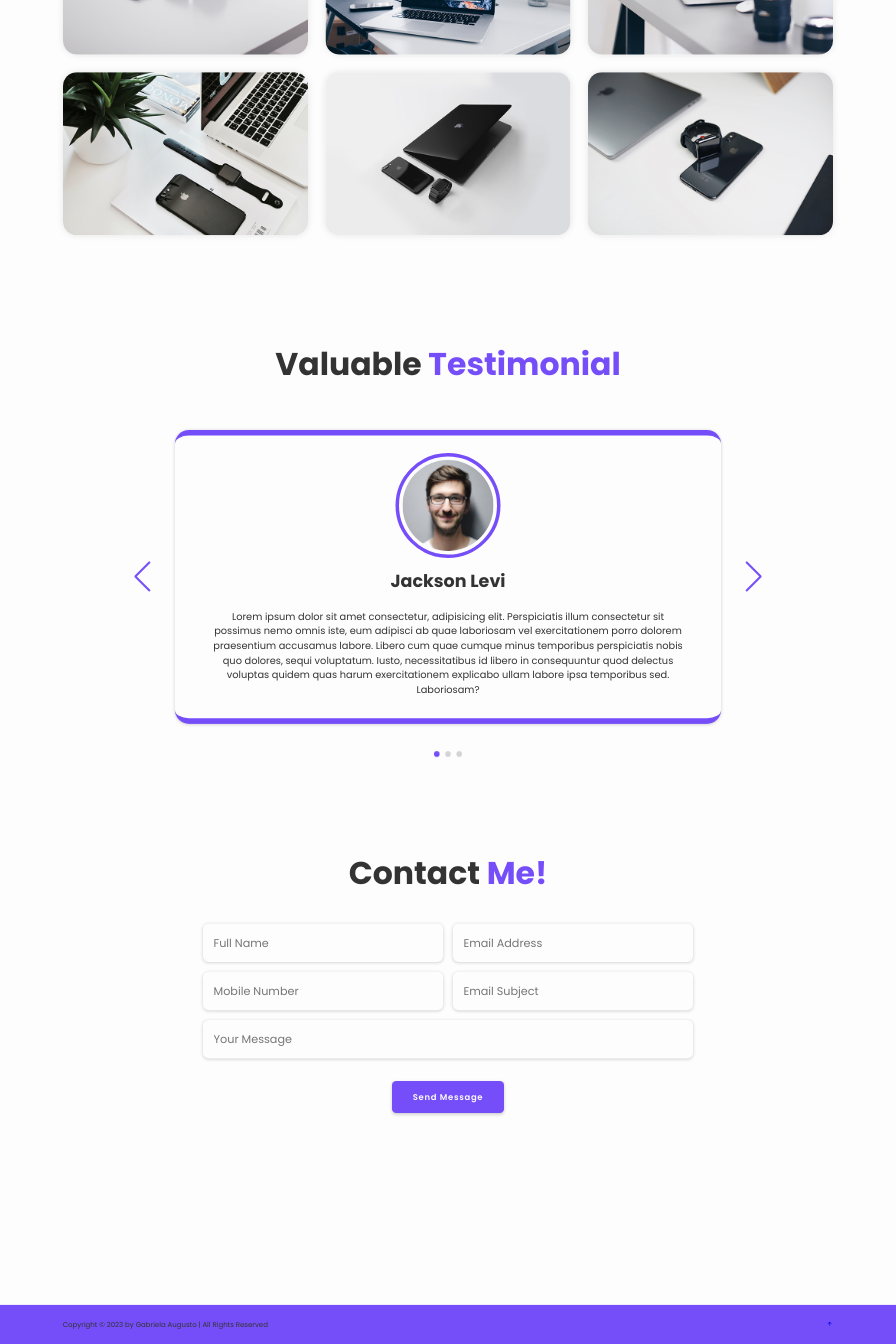
Repository: Gabi-Augusto/Portfolio
Page: index.html
These files come from the project's save history. The page is drawn as it stood at one moment and after the next save; the edit follows.
The browser window is 1280 px wide. The pictures show the part of the page from y = 2473 to 4393 px (the page is 4393 px tall), at 70% of full size.

Above is the page before, as saved 2023-11-29 21:13:44.

### index.html
<!DOCTYPE html>
<html lang="en">

<head>
    <meta charset="UTF-8">
    <meta http-equiv="X-UA-Compatible" content="IE=edge">
    <meta name="viewport" content="width=device-width, initial-scale=1.0">
    <title>Portfolio Website Design | Gabriela Augusto</title>

    <!-- swiper css -->
    <link rel="stylesheet" href="https://cdn.jsdelivr.net/npm/swiper@9/swiper-bundle.min.css" />

    <!-- box icons -->
    <link href='https://unpkg.com/boxicons@2.1.4/css/boxicons.min.css' rel='stylesheet'>

    <!-- custom css -->
    <link rel="stylesheet" href="css/style.css">
</head>

<body>

    <!-- header design -->
    <header class="header">
        <a href="#" class="logo">Portfolio.</a>

        <nav class="navbar">
            <a href="#home" class="active">Home</a>
            <a href="#about">About</a>
            <a href="#services">Services</a>
            <a href="#portfolio">Portfolio</a>
            <a href="#contact">Contact</a>
        </nav>

        <div class="bx bx-moon" id="darkMode-icon"></div>
    </header>

    <!-- home section design -->
    <section class="home" id="home">
        <div class="home-content">
            <h3>Hello, I am</h3>
            <h1>Gabriela Augusto</h1>
            <p>Lorem ipsum, dolor sit amet consectetur adipisicing elit. Veritatis sequi amet numquam sunt eius quae deleniti dolore voluptatum.</p>

            <div class="social-media">
                <a href="#"><i class='bx bxl-instagram-alt'></i></a>
                <a href="#"><i class='bx bxl-linkedin' ></i></a>
                <a href="#"><i class='bx bxl-github' ></i></a>
            </div>

            <a href="#" class="btn">Download CV</a>
        </div>

        <div class="profession-container">
            <div class="profession-box">
                <div class="profession" style="--i:0;">
                    <i class='bx bx-cloud'></i>
                    <h3>Salesforce Developer</h3>
                </div>
                <div class="profession" style="--i:1;">
                    <i class='bx bx-bulb'></i>
                    <h3>Business Analyst</h3>
                </div>
                <div class="profession" style="--i:2;">
                    <i class='bx bx-palette'></i>
                    <h3>Web Designer</h3>
                </div>
                <div class="profession" style="--i:3;">
                    <i class='bx bx-code-alt' ></i>
                    <h3>FullStack Developer</h3>
                </div>
                <div class="circle"></div>
            </div>
            <div class="overlay"></div>
        </div>
        <div class="home-img">
            <img src="imagens/home.png" alt="">
        </div>
    </section>

    <!-- about section design -->

    <section class="about" id="about">
        <div class="about-img">
            <img src="imagens/about.png" alt="">
        </div>

        <div class="about-content">
            <h2 class="heading">About <span>Me</span></h2>
            <h3>Hi, I'm Here To Help Your Next Project!</h3>
            <p>Lorem ipsum dolor sit, amet consectetur adipisicing elit. Consequatur laudantium reiciendis voluptates maxime optio cumque accusantium sunt temporibus cupiditate! Sed mollitia id doloribus nesciunt odit harum, praesentium aliquid. Soluta, harum est eveniet quos provident veritatis eaque ullam voluptate laudantium deleniti?</p>
            <a href="#" class="btn">Read More</a>
        </div>
    </section>

    <!-- services section design -->

    <section class="services" id="services">
        <h2 class="heading">My <span>Services</span></h2>

        <div class="services-container">
            <div class="services-box">
                <i class='bx bx-code-alt' ></i>
                <h3>Salesforce Development</h3>
                <p>Lorem ipsum dolor sit amet consectetur adipisicing elit. Corrupti quidem blanditiis error dignissimos. Quos eligendi totam quod nesciunt modi harum incidunt accusamus.</p>
                <a href="#" class="btn">Read More</a>
            </div>
            <div class="services-box">
                <i class='bx bxs-paint'></i>
                <h3>Graphic Design</h3>
                <p>Lorem ipsum dolor sit amet consectetur adipisicing elit. Corrupti quidem blanditiis error dignissimos. Quos eligendi totam quod nesciunt modi harum incidunt accusamus.</p>
                <a href="#" class="btn">Read More</a>
            </div>
            <div class="services-box">
                <i class='bx bx-bar-chart-alt'></i>
                <h3>Digital Marketing</h3>
                <p>Lorem ipsum dolor sit amet consectetur adipisicing elit. Corrupti quidem blanditiis error dignissimos. Quos eligendi totam quod nesciunt modi harum incidunt accusamus.</p>
                <a href="#" class="btn">Read More</a>
            </div>
        </div>
    </section>

    <!-- portfolio section design -->

    <section class="portfolio" id="portfolio">
        <h2 class="heading">Latest <span>Project</span></h2>

        <div class="portfolio-container">
            <div class="portfolio-box">
                <img src="imagens/portfolio1.jpg" alt="">

                <div class="portfolio-layer">
                    <h4>Web Desing</h4>
                    <p>Lorem ipsum dolor sit amet consectetur adipisicing elit. Asperiores, ut possimus!</p>
                    <a href="#"><i class='bx bx-link-external' ></i></a>
                </div>
            </div>

            <div class="portfolio-box">
                <img src="imagens/portfolio2.jpg" alt="">

                <div class="portfolio-layer">
                    <h4>Web Desing</h4>
                    <p>Lorem ipsum dolor sit amet consectetur adipisicing elit. Asperiores, ut possimus!</p>
                    <a href="#"><i class='bx bx-link-external' ></i></a>
                </div>
            </div>

            <div class="portfolio-box">
                <img src="imagens/portfolio3.jpg" alt="">

                <div class="portfolio-layer">
                    <h4>Web Desing</h4>
                    <p>Lorem ipsum dolor sit amet consectetur adipisicing elit. Asperiores, ut possimus!</p>
                    <a href="#"><i class='bx bx-link-external' ></i></a>
                </div>
            </div>

            <div class="portfolio-box">
                <img src="imagens/portfolio4.jpg" alt="">

                <div class="portfolio-layer">
                    <h4>Web Desing</h4>
                    <p>Lorem ipsum dolor sit amet consectetur adipisicing elit. Asperiores, ut possimus!</p>
                    <a href="#"><i class='bx bx-link-external' ></i></a>
                </div>
            </div>

            <div class="portfolio-box">
                <img src="imagens/portfolio5.jpg" alt="">

                <div class="portfolio-layer">
                    <h4>Web Desing</h4>
                    <p>Lorem ipsum dolor sit amet consectetur adipisicing elit. Asperiores, ut possimus!</p>
                    <a href="#"><i class='bx bx-link-external' ></i></a>
                </div>
            </div>

            <div class="portfolio-box">
                <img src="imagens/portfolio6.jpg" alt="">

                <div class="portfolio-layer">
                    <h4>Web Desing</h4>
                    <p>Lorem ipsum dolor sit amet consectetur adipisicing elit. Asperiores, ut possimus!</p>
                    <a href="#"><i class='bx bx-link-external' ></i></a>
                </div>
            </div>

        </div>
    </section>

    <!-- testimonial design -->

    <div class="testimonial-container">
        <h2 class="heading">Valuable <span>Testimonial</span></h2>

        <div class="testimonial-wrapper">
            <div class="testimonial-box mySwiper">
                <div class="testimonial-content swiper-wrapper">
                    <div class="testimonial-slide swiper-slide">
                        <img src="imagens/testimonial1.jpg" alt="">
                        <h3>Jackson Levi</h3>
                        <p>Lorem ipsum dolor sit amet consectetur, adipisicing elit. Perspiciatis illum consectetur sit possimus nemo omnis iste, eum adipisci ab quae laboriosam vel exercitationem porro dolorem praesentium accusamus labore. Libero cum quae cumque minus temporibus perspiciatis nobis quo dolores, sequi voluptatum. Iusto, necessitatibus id libero in consequuntur quod delectus voluptas quidem quas harum exercitationem explicabo ullam labore ipsa temporibus sed. Laboriosam?</p>
                    </div>

                    <div class="testimonial-slide swiper-slide">
                        <img src="imagens/testimonial2.jpg" alt="">
                        <h3>Flora Ocean</h3>
                        <p>Lorem ipsum dolor sit amet consectetur, adipisicing elit. Perspiciatis illum consectetur sit possimus nemo omnis iste, eum adipisci ab quae laboriosam vel exercitationem porro dolorem praesentium accusamus labore. Libero cum quae cumque minus temporibus perspiciatis nobis quo dolores, sequi voluptatum. Iusto, necessitatibus id libero in consequuntur quod delectus voluptas quidem quas harum exercitationem explicabo ullam labore ipsa temporibus sed. Laboriosam?</p>
                    </div>

                    <div class="testimonial-slide swiper-slide">
                        <img src="imagens/testimonial3.jpg" alt="">
                        <h3>Julian Grayson</h3>
                        <p>Lorem ipsum dolor sit amet consectetur, adipisicing elit. Perspiciatis illum consectetur sit possimus nemo omnis iste, eum adipisci ab quae laboriosam vel exercitationem porro dolorem praesentium accusamus labore. Libero cum quae cumque minus temporibus perspiciatis nobis quo dolores, sequi voluptatum. Iusto, necessitatibus id libero in consequuntur quod delectus voluptas quidem quas harum exercitationem explicabo ullam labore ipsa temporibus sed. Laboriosam?</p>
                    </div>
                </div>

                <div class="swiper-button-next"></div>
                <div class="swiper-button-prev"></div>
                <div class="swiper-pagination"></div>

            </div>
        </div>
    </div>

    <!-- contact section design -->

    <section class="contact" id="contact">
        <h2 class="heading">Contact <span>Me!</span></h2>

        <form action="#">

            <div class="input-box">
                <input type="text" placeholder="Full Name">
                <input type="email" placeholder="Email Address">
            </div>

            <div class="input-box">
                <input type="number" placeholder="Mobile Number">
                <input type="text" placeholder="Email Subject">
            </div>
            <textarea name="" id="" cols="30" rows="1" placeholder="Your Message"></textarea>
            <input type="submit" value="Send Message" class="btn">
        </form>
    </section>

    <!-- footer design -->

    <footer class="footer">
        <div class="footer-text">
            <p>Copyright &copy; 2023 by Gabriela Augusto | All Rights Reserved</p>
        </div>

        <div class="footer-iconTop">
            <a href="#home"><i class='bx bx-up-arrow-alt' ></i></a>
        </div>
    </footer>


    <!-- scroll reveal -->
    <script src="https://unpkg.com/scrollreveal"></script>

    <!-- swiper js -->
    <script src="https://cdn.jsdelivr.net/npm/swiper@9/swiper-bundle.min.js"></script>

    <!-- custom js -->
    <script src="js/script.js"></script>
</body>

</html>

### css/style.css
@import url('https://fonts.googleapis.com/css2?family=Poppins:wght@300;400;500;600;700;800;900&display=swap');

* {
    margin: 0;
    padding: 0;
    box-sizing: border-box;
    text-decoration: none;
    border: none;
    outline: none;
    scroll-behavior: smooth;
    font-family: 'Poppins', sans-serif;
}

:root {
    --bg-color: #fdfdfd;
    --text-color: #333;
    --main-color: #754ef9;
    --white-color: #fdfdfd;
    --shadow-color: rgba(0, 0, 0, .2);
}

html {
    font-size: 62.5%;
    overflow-x: hidden;
}

body {
    background: var(--bg-color);
    color: var(--text-color);
}

.header {
    position: fixed;
    top: 0;
    left: 0;
    width: 100%;
    padding: 2rem 7%;
    background: transparent;
    display: flex;
    align-items: center;
    z-index: 100;
    transition: .5s;
}

.header.sticky {
    background: var(--bg-color);
    box-shadow: 0 .1rem 1rem var(--shadow-color);
}

.logo {
    font-size: 2.5rem;
    color: var(--main-color);
    font-weight: 600;
    cursor: default;
    margin-right: auto;
}

.navbar a {
    position: relative;
    font-size: 1.7rem;
    color: var(--white-color);
    font-weight: 500;
    margin-right: 3.5rem;
}

.header.sticky .navbar a {
    color: var(--text-color);
}

.header.sticky .navbar a.active {
    color: var(--main-color);
}

.navbar a.active::before{
    content: '';
    position: absolute;
    left: 0;
    bottom: -6px;
    width: 100%;
    height: .2rem;
    background: var(--white-color);
}

.header.sticky .navbar a::before {
    background: var(--main-color);
    opacity: .7;
}

#darkMode-icon {
    font-size: 2.4rem;
    color: var(--white-color);
    cursor: pointer;
}

.header.sticky #darkMode-icon{
    color: var(--text-color);
    opacity: .9;
}

section {
    min-height: 100vh;
    padding: 7rem 7% 2rem;
}

.home {
    display: flex;
    align-items: center;
}

.home .home-content {
    max-width: 44rem;
}

.home-content h3 {
    font-size: 3.2rem;
    font-weight: 700;
    line-height: .3;
}

.home-content h1 {
    font-size: 4.8rem;
    font-weight: 700;
    margin-bottom: .3rem;
}

.home-content p {
    font-size: 1.6rem;
}

.home-content .social-media a {
    display: inline-flex;
    justify-content: center;
    align-items: center;
    width: 4rem;
    height: 4rem;
    background: transparent;
    border: .2rem solid var(--main-color);
    border-radius: 50%;
    box-shadow: 0 .2rem .5rem  var(--shadow-color);
    font-size: 2rem;
    color: var(--main-color);
    margin: 2.5rem 1.5rem 3rem 0;
    transition: .5s ease;
}

.home-content .social-media a:hover {
    background: var(--main-color);
    color: var(--white-color);
}

.btn {
    display: inline-block;
    padding: 1.2rem 2.8rem;
    background: var(--main-color);
    border-radius: .6rem;
    box-shadow: 0 .2rem .5rem var(--shadow-color);
    font-size: 1.2rem;
    color: var(--white-color);
    letter-spacing: .1rem;
    font-weight: 600;
    border: .2rem solid transparent;
    transition: .5s ease;
}

.btn:hover {
    background: transparent;
    color: var(--main-color);
    border-color: var(--main-color);
}

.home .profession-container {
    position: absolute;
    top: 48%;
    right: 30px;
    transform: translateY(-50%);
    width: 680px;
    height: 680px;
    overflow: hidden;
    pointer-events: none;
}

.home .profession-container .profession-box {
    position: absolute;
    top: 0;
    right: 0;
    width: 680px;
    height: 680px;
    border-radius: 50%;
    display: flex;
    justify-content: center;
    align-items: center;
}

.home .profession-box .profession {
    position: absolute;
    left: 0;
    display: flex;
    align-items: center;
    flex-direction: column;
    color: var(--main-color);
    transform: rotate(calc(360deg / 4 * var(--i)));
    transform-origin: 340px;
    background: var(--bg-color);
    padding: 13px 0;
}

.home .profession-box .profession:nth-child(1) i {
    margin-right: 15px;
}

.home .profession-box .profession:nth-child(2),
.home .profession-box .profession:nth-child(4) {
    padding-bottom: 20px;
}

.home .profession i {
    font-size: 3.8rem;
}

.home .profession h3 {
    font-size: 2.4rem;
    line-height: 1;
    font-weight: 600;
}

.home .profession-box .circle {
    width: 520px;
    height: 520px;
    border: 3px solid var(--main-color);
    border-radius: 50%;
}

.home .profession-container .overlay {
    position: absolute;
    top: 0;
    right: 0;
    width: 0;
    height: 0;
    border-top: 340px solid var(--main-color);
    border-right: 340px solid var(--main-color);
    border-bottom: 340px solid var(--main-color);
    border-left: 340px solid transparent;
}

.home-img img {
    position: absolute;
    bottom: 0;
    top: 83px;
    right: 70px;
    width: 29%;
    pointer-events: none;
}

span {
    color: var(--main-color);
}

.about {
    display: flex;
    justify-content: center;
    align-items: center;
    gap: 6rem;
}

.about-img img {
    width: 40vw;
}

.heading {
    font-size: 4.5rem;
    text-align: center;
}

.about-content h2 {
    text-align: left;
    line-height: 1.2;
}

.about-content h3 {
    font-size: 2rem;
}

.about-content p {
    font-size: 1.6rem;
    margin: 2rem 0 3rem;
}

.services {
    min-height: auto;
    padding-bottom: 7rem;
}

.services h2 {
    margin-bottom: 5rem;
}

.services .services-container {
    display: flex;
    justify-content: center;
    align-items: center;
    flex-wrap: wrap;
    gap: 2rem;
}

.services-container .services-box {
    flex: 1 1 30rem;
    background: var(--bg-color);
    padding: 3rem 2rem 4rem;
    border-radius: 2rem;
    box-shadow: 0 .1rem .5rem var(--shadow-color);
    text-align: center;
    border-top: .6rem solid var(--main-color);
    border-bottom: .6rem solid var(--main-color);
    transition: .5s ease;
}

.services-container .services-box:hover {
    box-shadow: 0 .1rem 2rem var(--shadow-color);
    transform: scale(1.02);
}

.services-box i {
    font-size: 7rem;
    color: var(--main-color);
}

.services-box h3 {
    font-size: 2.6rem;
    transition: .5s ease;
}

.services-box:hover h3 {
    color: var(--main-color);
}

.services-box p {
    font-size: 1.6rem;
    margin: 1rem 0 3rem;
}

.portfolio {
    padding-bottom: 10rem;
}

.portfolio h2 {
    margin-bottom: 4rem;
}

.portfolio .portfolio-container {
    display: grid;
    grid-template-columns: repeat(3, 1fr);
    align-items: center;
    gap: 2.5rem;
}

.portfolio-container .portfolio-box{
    position: relative;
    display: flex;
    border-radius: 2rem;
    box-shadow: 0 0 1rem rgba(0, 0, 0, .1);
    overflow: hidden;
}

.portfolio-box img {
    width: 100%;
    transition: .5s ease;
}

.portfolio-box:hover img {
    transform: scale(1.1);
}

.portfolio-box .portfolio-layer {
    position: absolute;
    bottom: 0;
    left: 0;
    width: 100%;
    height: 100%;
    background: linear-gradient(rgba(0, 0, 0, .1), var(--main-color));
    color: var(--white-color);
    display: flex;
    justify-content: center;
    align-items: center;
    flex-direction: column;
    text-align: center;
    padding: 0 4rem;
    opacity: 0;
    transition: .5s ease;
}

.portfolio-box:hover .portfolio-layer {
    opacity: 1;
}

.portfolio-layer h4 {
    font-size: 3rem;
}

.portfolio-layer p {
    font-size: 1.6rem;
    margin: .3rem 0 1rem;
}

.portfolio-layer a {
    display: inline-flex;
    justify-content: center;
    align-items: center;
    width: 5rem;
    height: 5rem;
    background: var(--white-color);
    border-radius: 50%;
}

.portfolio-layer a i {
    font-size: 2rem;
    color: #333;
}

.testimonial-container {
    display: flex;
    align-items: center;
    flex-direction: column;
    width: 100%;
    padding: 5rem 1rem;
}

.testimonial-container .testimonial-wrapper {
    position: relative;
    max-width: 90rem;
    width: 100%;
    padding: 5rem;
}

.testimonial-wrapper .testimonial-box {
    padding: 1rem;
    border-radius: 2rem;
    overflow: hidden;
}

.testimonial-content .testimonial-slide {
    display: flex;
    align-items: center;
    flex-direction: column;
    background: var(--bg-color);
    border-radius: 2rem;
    box-shadow: 0 .1rem .5rem var(--shadow-color);
    padding: 3rem 5rem;
    border-top: .8rem solid var(--main-color);
    border-bottom: .8rem solid var(--main-color);
}

.testimonial-slide img {
    width: 14rem;
    height: 14rem;
    object-fit: cover;
    border-radius: 50%;
    border: .5rem solid var(--bg-color);
    outline: .5rem solid var(--main-color);
}

.testimonial-slide h3 {
    font-size: 2.5rem;
    margin: 2rem 0;
}

.testimonial-slide p {
    font-size: 1.4rem;
    text-align: center;
}

.testimonial-box .swiper-button-next,
.testimonial-box .swiper-button-prev {
    color: var(--main-color);
}

.testimonial-box .swiper-button-next {
    right: 0;
}

.testimonial-box .swiper-button-prev {
    left: 0;
}

.testimonial-box .swiper-pagination-bullet {
    background: rgba(0, 0, 0, .8);
}

.testimonial-box .swiper-pagination-bullet-active {
    background: var(--main-color);
}

.contact h2 {
    margin-bottom: 3rem;
}

.contact form {
    max-width: 70rem;
    margin: 1rem auto;
    text-align: center;
    margin-bottom: 3rem;
}

.contact form .input-box {
    display: flex;
    justify-content: space-between;
    flex-wrap: wrap;
}

.contact form .input-box input,
.contact form textarea {
    width: 100%;
    padding: 1.5rem;
    font-size: 1.6rem;
    color: var(--text-color);
    background: var(--bg-color);
    border-radius: .8rem;
    margin: .7rem 0;
    box-shadow: 0 .1rem .5rem var(--shadow-color);
}

.contact form .input-box input {
    width: 49%;
}

.contact form textarea {
    resize: none;
}

.contact form .btn {
    margin-top: 2rem;
    cursor: pointer;
}

.footer {
    display: flex;
    justify-content: space-between;
    align-items: center;
    flex-wrap: wrap;
    padding: 2rem 7%;
    background: var(--main-color);
}

### js/script.js
/*========== menu icon navbar ==========*/
let menuIcon = document.querySelector('#menu-icon');
let navbar = document.querySelector('.navbar');


/*========== scroll sections active link ==========*/
let sections = document.querySelectorAll('section');
let navLinks = document.querySelectorAll('header nav a');

window.onscroll = () => {
    /*========== sticky navbar ==========*/
    let header = document.querySelector('.header');

    header.classList.toggle('sticky', window.scrollY > 100);
    /*========== remove menu icon navbar when click navbar link (scroll) ==========*/
};


/*========== swiper ==========*/

var swiper = new Swiper(".mySwiper", {
    slidesPerView: 1,
    spaceBetween: 50,
    loop: true,
    grabCursor: true,
    pagination: {
      el: ".swiper-pagination",
      clickable: true,
    },
    navigation: {
      nextEl: ".swiper-button-next",
      prevEl: ".swiper-button-prev",
    },
  });


/*========== dark light mode ==========*/

/*========== scroll reveal ==========*/

After the next save:
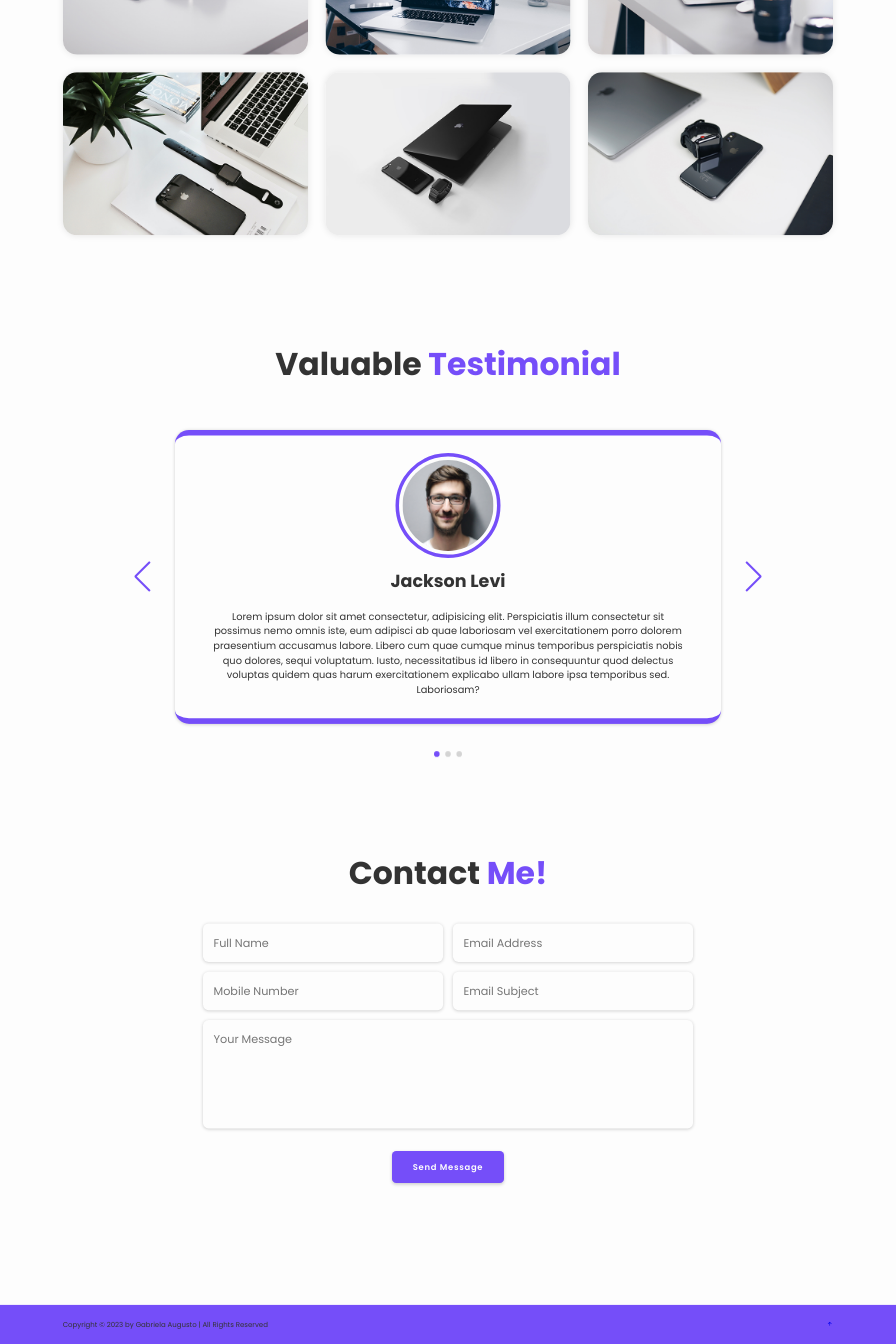
Saved 4 s later.
--- a/index.html
+++ b/index.html
@@ -239,7 +239,7 @@
                 <input type="number" placeholder="Mobile Number">
                 <input type="text" placeholder="Email Subject">
             </div>
-            <textarea name="" id="" cols="30" rows="1" placeholder="Your Message"></textarea>
+            <textarea name="" id="" cols="30" rows="5" placeholder="Your Message"></textarea>
             <input type="submit" value="Send Message" class="btn">
         </form>
     </section>
